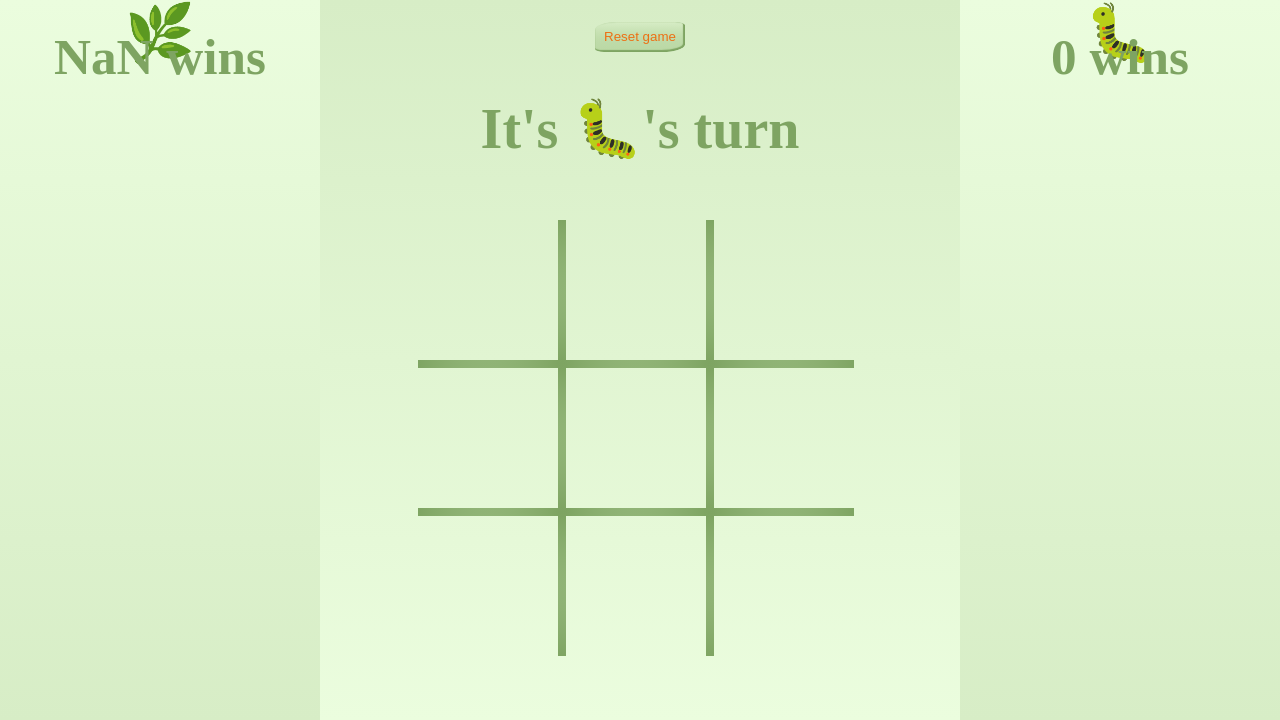
Repository: AsherSpurr/tic-tac-toe
Page: index.html
These files come from the project's save history. The page is drawn as it stood at one moment and after a run of saves; the edit follows.
The browser window is 1280 px wide. The pictures show the whole page.
Some web fonts or font styles are not loaded; a fallback is used.

Above is the page before, as saved 2024-01-13 18:33:02.

After the next 2 saves:
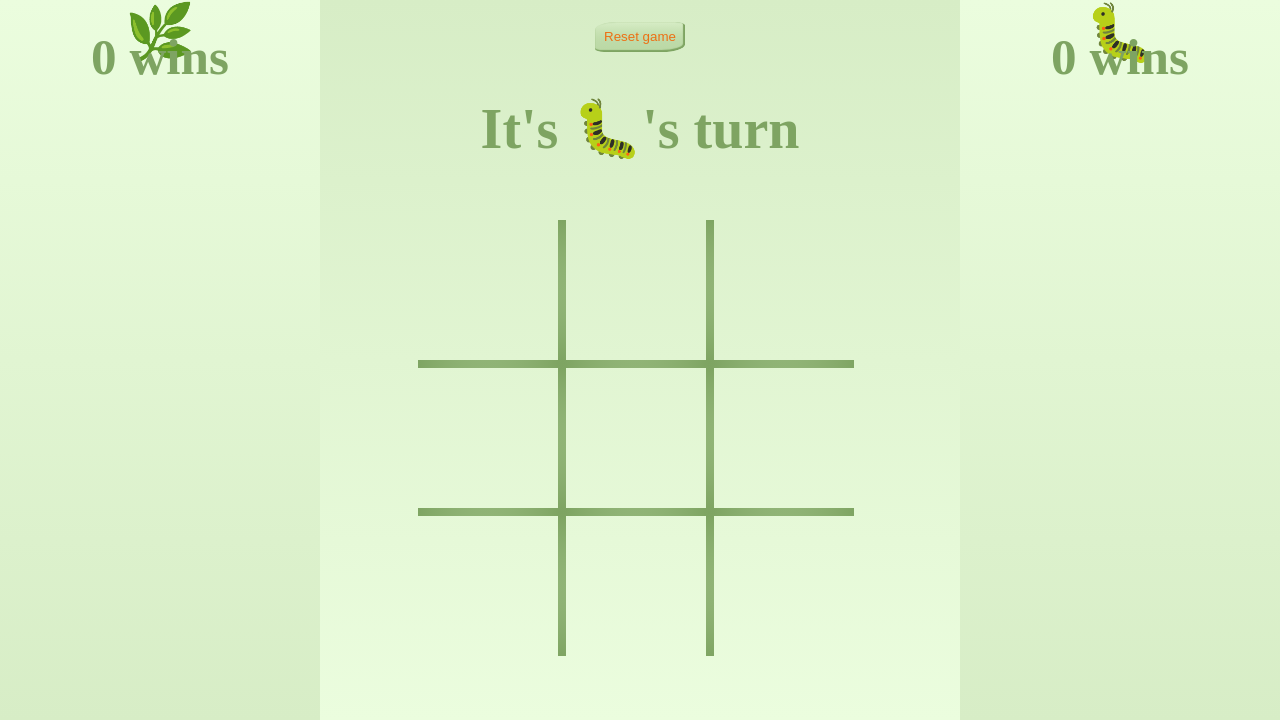
The 2 saves are shown as one change because they came seconds apart.
The last was saved 5 s later.
--- a/main.js
+++ b/main.js
@@ -125,7 +125,7 @@
 }
 
 function refreshWins() {
-    var wins0 = parseInt(localStorage.getItem('wins0'))
+    var wins0 = parseInt(localStorage.getItem('wins0')) || 0;
     var wins1 = parseInt(localStorage.getItem('wins1'))
 
     players[0].wins = wins0

After the 3 saves that followed:
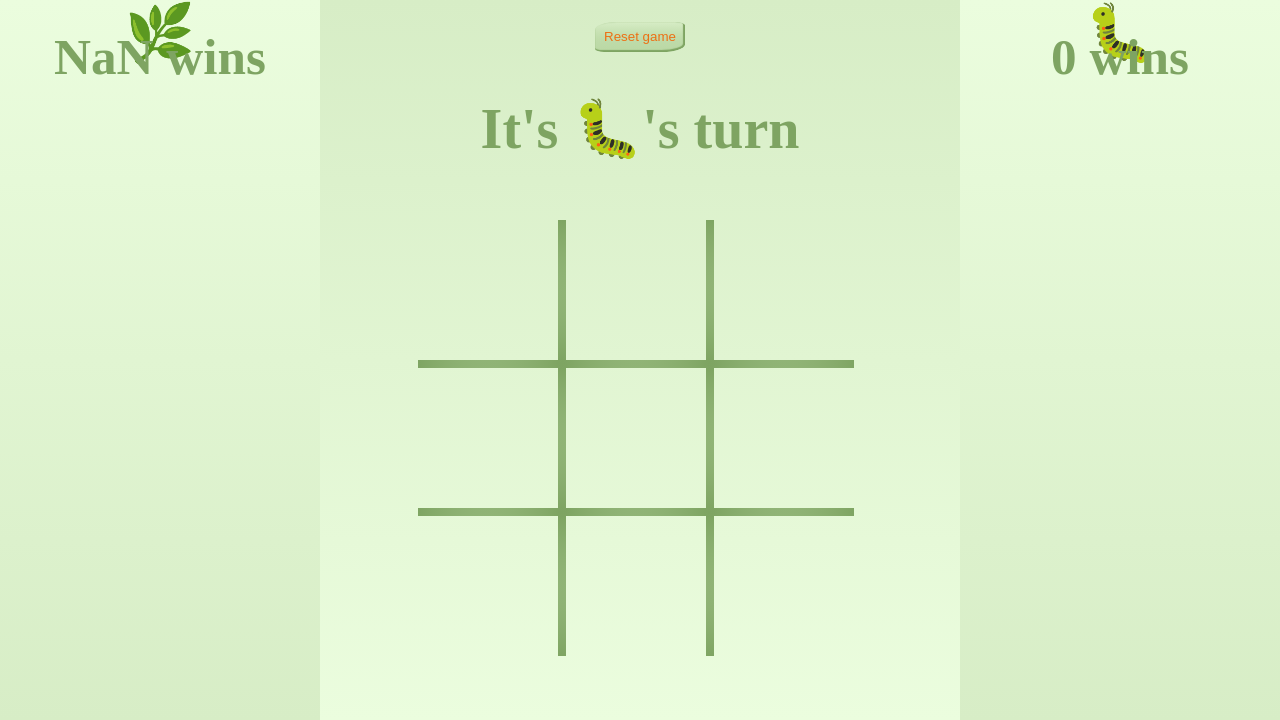
The 3 saves are shown as one change because 2 left the picture as it was.
The last was saved 30 s later.
--- a/main.js
+++ b/main.js
@@ -102,7 +102,7 @@
                 player.hasWon = true
                 console.log(`line 102: ${player.wins}`)
                 player.wins++
-                // storeWinsLocally(player)
+                storeWinsLocally(player)
                 renderWinner(player)
                 renderWins(player)
                 setTimeout(reloadGameboard, 1500)
@@ -125,8 +125,8 @@
 }
 
 function refreshWins() {
-    var wins0 = parseInt(localStorage.getItem('wins0')) || 0;
-    var wins1 = parseInt(localStorage.getItem('wins1'))
+    var wins0 = parseInt(localStorage.getItem('wins0')) ;
+    var wins1 = parseInt(localStorage.getItem('wins1')) || 0;
 
     players[0].wins = wins0
     players[1].wins = wins1
